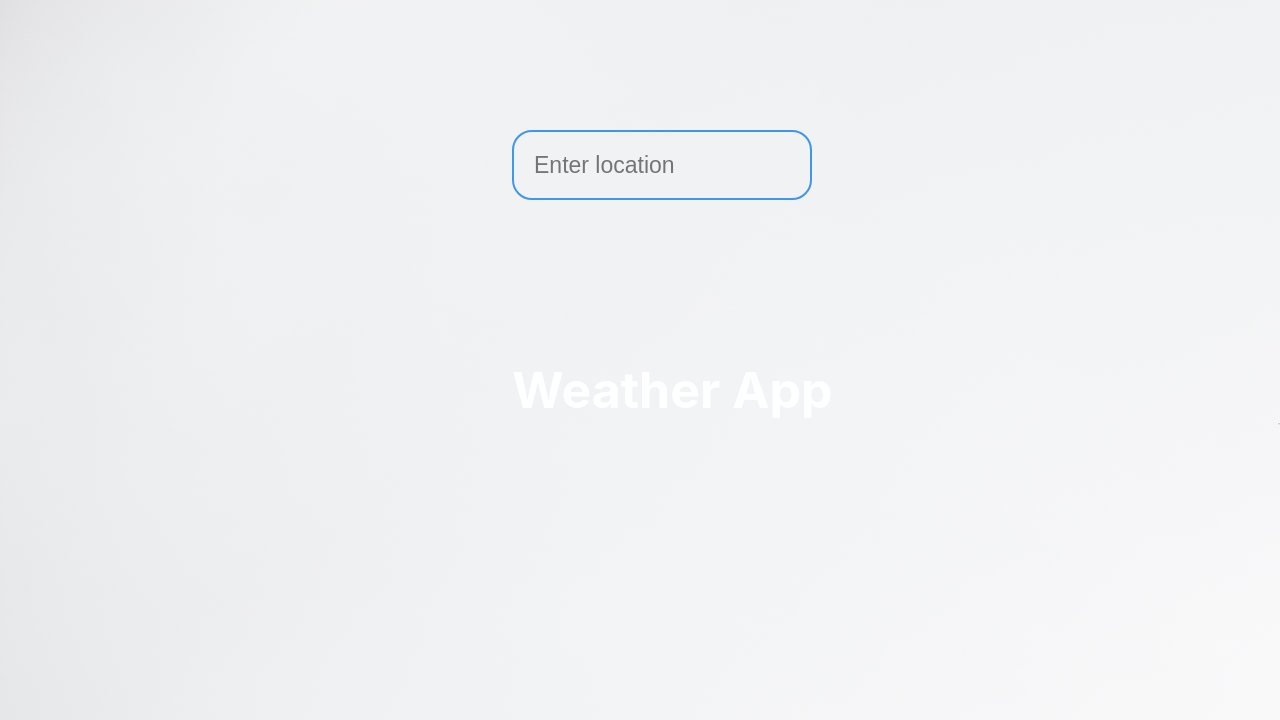
Repository: RenataDzotova/WeatherForecast
Page: /
The author's editor kept a copy of each file at every save. The page is drawn from the files as they stood at one save, then again after the next save.
The browser window is 1280 px wide. The pictures show the whole page.
The project was rebuilt for these pictures with package versions that can differ from the ones it lists, and the page was loaded fresh each time. The framework's server and built-in components were replaced by stand-ins that run in the browser. Also part of the build but not shown: next.config.js, styles/Home.module.css.

Above is the page before, as saved 2023-01-19 16:30:55.

After the next save:
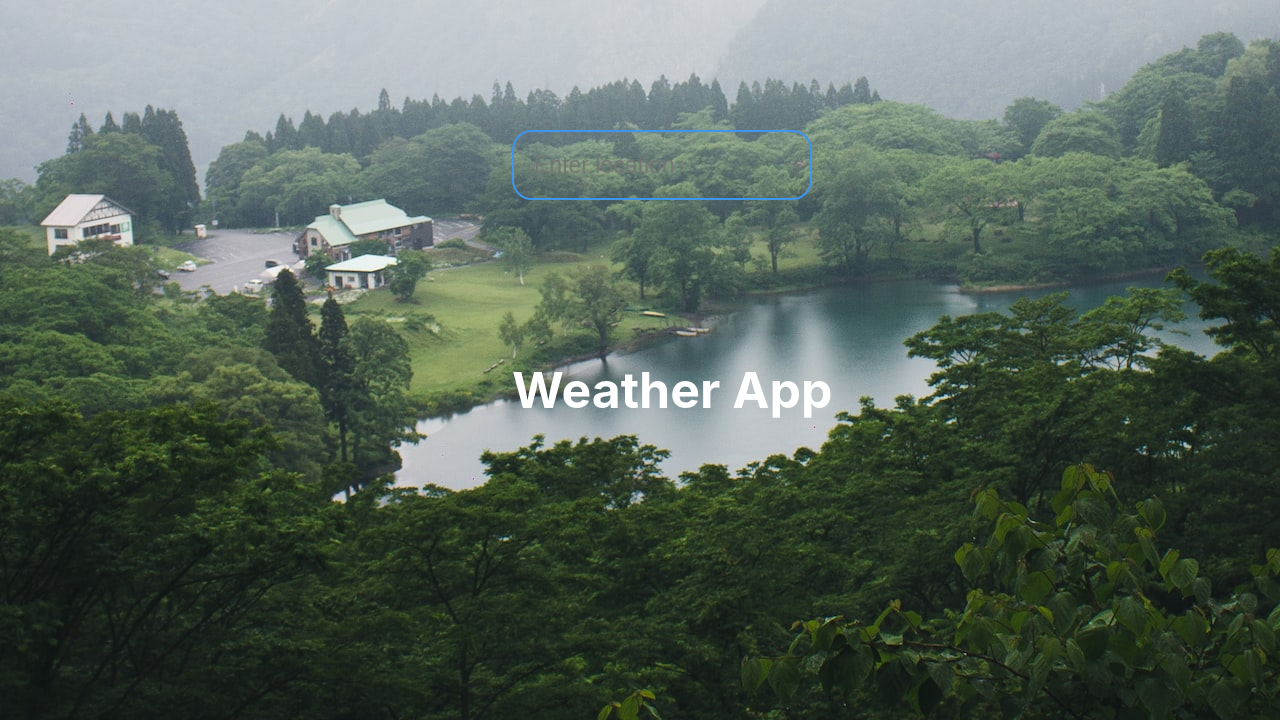
Saved 83 s later.
--- a/styles/globals.css
+++ b/styles/globals.css
@@ -5,7 +5,7 @@ body {
   font-family: -apple-system, BlinkMacSystemFont, Segoe UI, Roboto, Oxygen,
     Ubuntu, Cantarell, Fira Sans, Droid Sans, Helvetica Neue, sans-serif;
   background-image: url("../public/cory-bjork-nkXNnX4BG1k-unsplash.jpg");
-  /* background-position: center; */
+  background-position: center;
   background-repeat: no-repeat;
   display: flex;
   justify-content: center;
